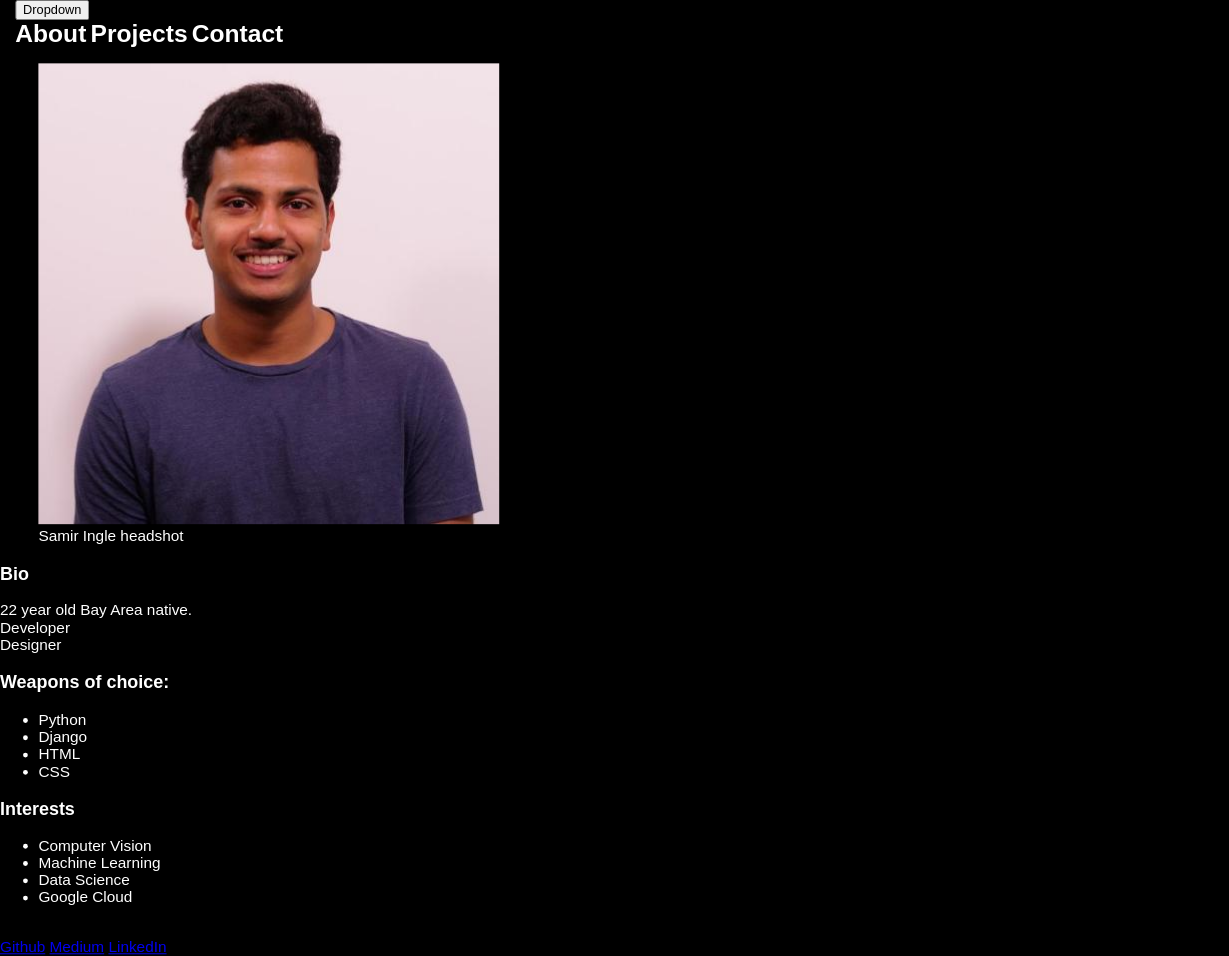
Repository: SamirIngley/html-semantic
Page: about.html
An editor plug-in stored every save of this project. The page is shown before and after the next save, followed by the edit.
The browser window is 1280 px wide. The pictures show the whole page, at 96% of full size.

Above is the page before, as saved 2020-01-29 22:59:30.

### about.html
<!DOCTYPE html>
<html lang="en">
<head>
    <meta charset="UTF-8">
    <meta name="viewport" content="width=device-width, initial-scale=1.0">
    <meta http-equiv="X-UA-Compatible" content="ie=edge">
    <link href="style.css" rel="stylesheet">
    <title>Samir Ingle</title>
</head>
<body>

</body>
</html>
<header>
    <nav>
        <div class='dropdown'>
            <button class='dropbtn'>Dropdown</button>
            <div class="dropdown-content">
                <a href="#">About</a>
                <a href="#">Projects</a>
                <a href="#">Contact</a>
            </div>
        </div>
    </nav>
</header>
<figure>
        <img src="images/prof_pic.jpeg" alt="samir-profile-pic" style="width:40%;">
        <figcaption>Samir Ingle headshot</figcaption>
    </figure>

    <article>
        <h3>Bio</h3>
        <p>
        22 year old Bay Area native.
        <br>
        Developer
        <br>
        Designer
        </p>
    </article>
        <section>
            <h3>Weapons of choice:</h3>
            <ul>
                <li>Python</li>
                <li>Django</li>
                <li>HTML</li>
                <li>CSS</li>
            </ul>
        </section>
        <section>
            <h3>Interests</h3>
            <ul>
                <li>Computer Vision</li>
                <li>Machine Learning</li>
                <li>Data Science</li>
                <li>Google Cloud</li>
            </ul>
        </section>
        <p>
<footer>
        <br>
        <a href="https://github.com/SamirIngley">Github</a>
        <a href="https://medium.com/@SamirIngle">Medium</a>
        <a href="https://www.linkedin.com/in/samiringle/">LinkedIn</a>
</footer>

### style.css
* {
    box-sizing: border-box;
}

body {
    margin: 0;
    background-color:black;
    color: white;
    font-family: Sans-serif;
  }

nav {
    background-color: rgba(215, 176, 251, 0);
    font-weight:bold;
  }


nav a {
    color: white;
    text-align: center;
    font-size: 2vw;
    text-decoration: none;
}
nav a:hover{
    color: lime;

}
nav a.active {
    background-color: orange;
    color: purple;
}


nav > ul {
    display: flex;
    justify-content: flex-end;
    list-style: none;
}

nav > ul > li {
    padding: 1em;
}

nav {
    padding: 0 1em;
}


<style>
body {
  margin: 0;
  font-family: Arial, Helvetica, sans-serif;
}

.topnav {
  overflow: hidden;
  background-color: #333;
}

.topnav a {
  float: left;
  color: #f2f2f2;
  text-align: center;
  padding: 14px 16px;
  text-decoration: none;
  font-size: 17px;
}

.topnav a:hover {
  background-color: #ddd;
  color: black;
}

.topnav a.active {
  background-color: #4CAF50;
  color: white;
}
</style>
</head>
<body>

After the next save:
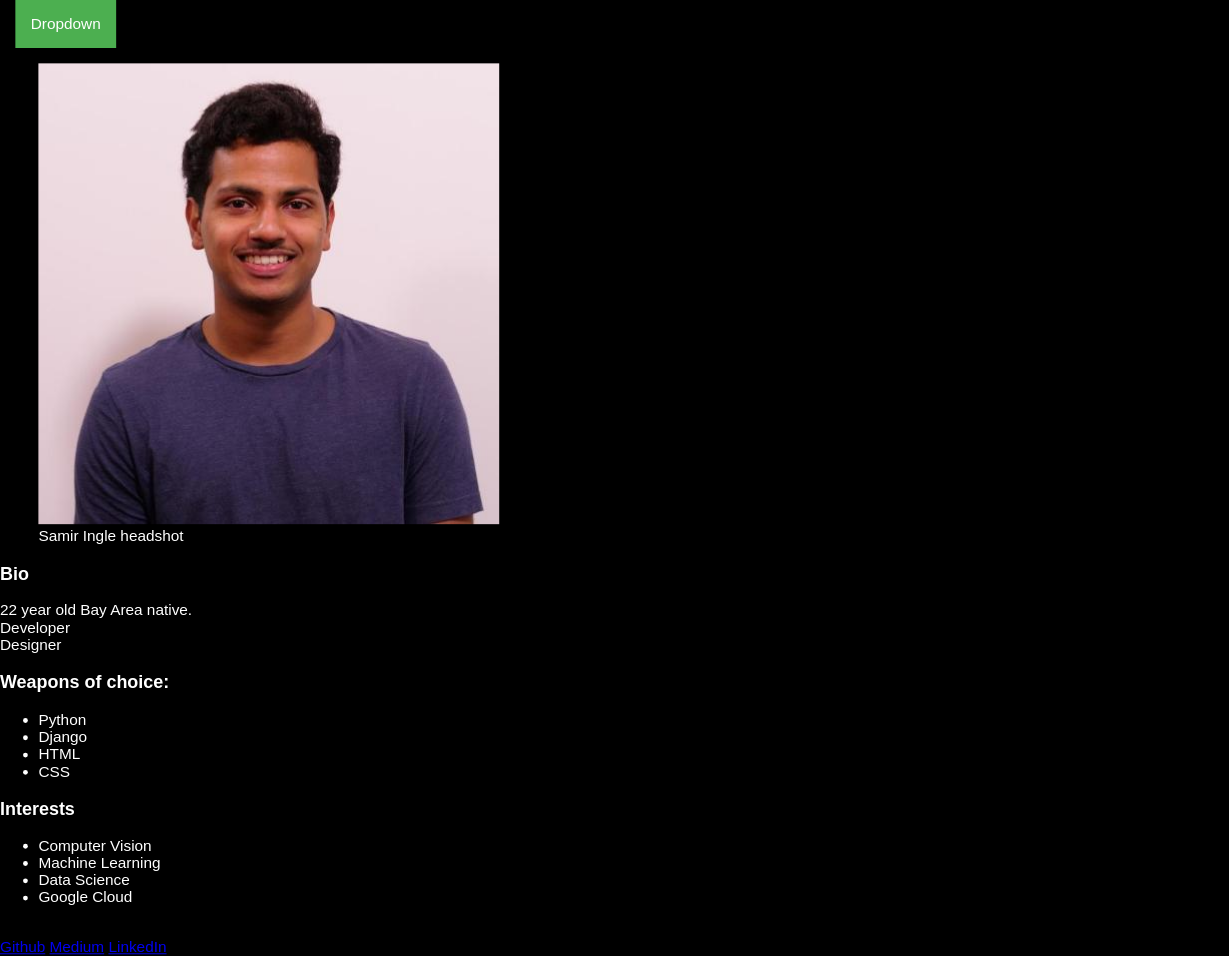
Saved 3 min 52 s later.
--- a/style.css
+++ b/style.css
@@ -75,6 +75,45 @@ body {
   background-color: #4CAF50;
   color: white;
 }
+
+.dropbtn {
+  background-color: #4CAF50;
+  color: white;
+  padding: 16px;
+  font-size: 16px;
+  border: none;
+  cursor: pointer;
+}
+
+.dropdown {
+  position: relative;
+  display: inline-block;
+}
+
+.dropdown-content {
+  display: none;
+  position: absolute;
+  right: 0;
+  background-color: #f9f9f9;
+  min-width: 160px;
+  box-shadow: 0px 8px 16px 0px rgba(0,0,0,0.2);
+  z-index: 1;
+}
+
+.dropdown-content a {
+  color: black;
+  padding: 12px 16px;
+  text-decoration: none;
+  display: block;
+}
+
+.dropdown-content a:hover {background-color: #f1f1f1;}
+.dropdown:hover .dropdown-content {display: block;}
+.dropdown:hover .dropbtn {background-color: #3e8e41;}
+
+
+
+
 </style>
 </head>
 <body>
